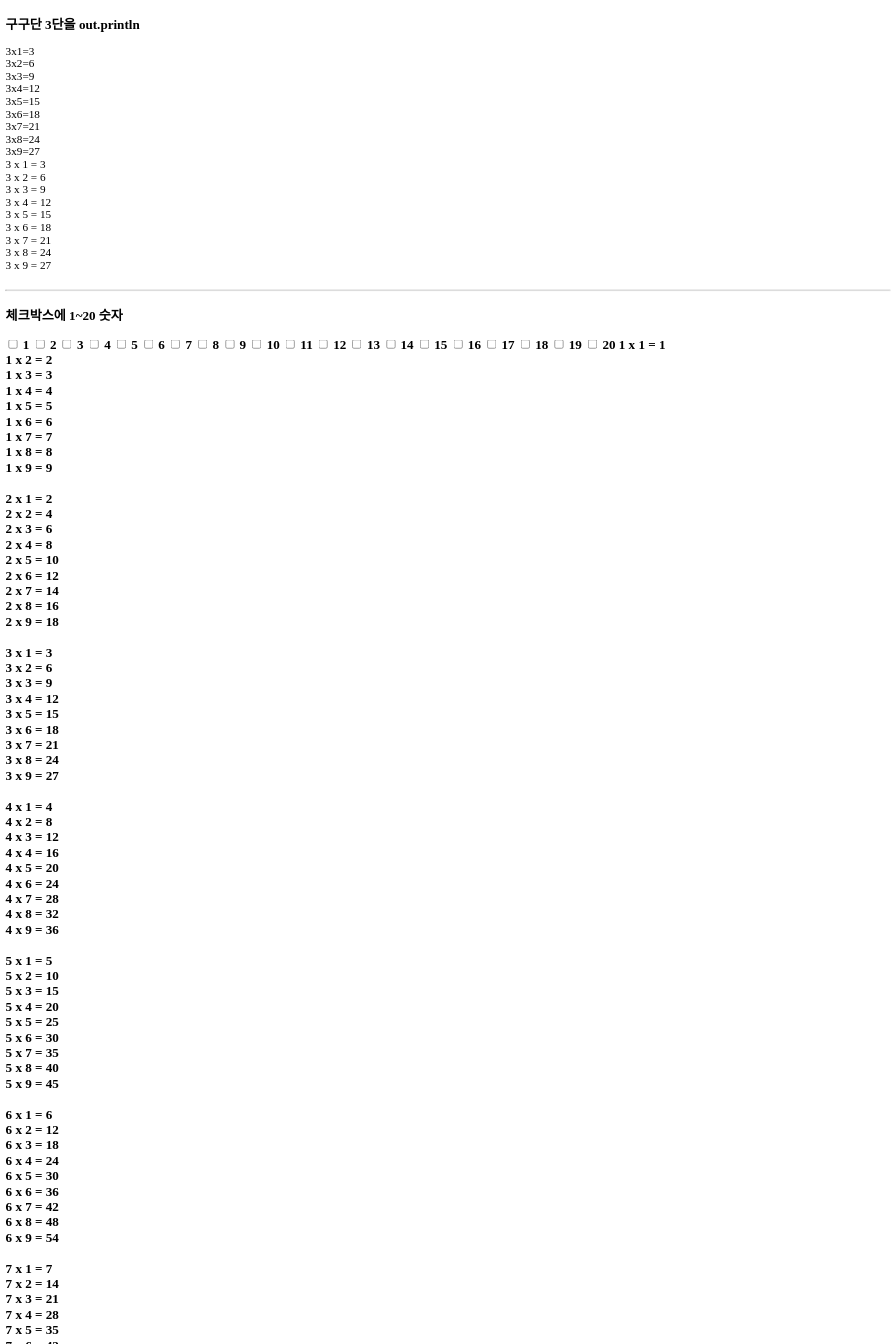
Repository: hyejux/jsp
Page: http://localhost/JSPBasic/jspTag/script02.jsp
The author's editor kept a copy of each file at every save. The page is drawn from the files as they stood at one save, then again after the next save.
The browser window is 1280 px wide. The pictures show the part of the page from y = 0 to 1920 px (the page is 4284 px tall before and 2485 px after), at 70% of full size.
The page is served by Tomcat 10. Other server files are loaded and not shown.

Above is the page before, as saved 2024-06-25 02:18:59.

### JSPBasic/src/main/webapp/jspTag/script02.jsp
<%@ page language="java" contentType="text/html; charset=UTF-8"
    pageEncoding="UTF-8"%>
<!DOCTYPE html>
<html>
<head>
<meta charset="UTF-8">
<title>Insert title here</title>
</head>
<body>


	<h3> 구구단 3단을 out.println </h3>

	<%
		for (int i = 1; i<=9; i++){
			out.println(3 + "x" + i + "=" + i*3 + "<br>");
		}
	%>


		<% for (int i = 1; i<=9; i++){ %>
			3  x <%= i  %> = <%= i*3 %> <br>
		<% } %>


	<br><hr>

	<h3> 체크박스에 1~20 숫자 <h3>

	<% for (int i = 1; i<=20; i++) { %>
	<input type="checkbox"> <%= i %>
	 <% } %>

	 <% for (int i = 1; i<=9; i++) { %>
	 <% for (int j = 1; j<=9; j++) { %>
	<%= i %> x <%= j %> = <%= i*j %><br>
	 <% } %>
	 <br>
	 <% } %>

	<% int count  = 0; %>
	 <% for (int i = 1; i<=9; i++) { %>
	 <% for (int j = 1; j<=9; j++) { %>
	<%= i %> x <%= j %> = <%= i*j %><br>
	 <%  } count++;%>
	 <% if (count == 3) {%>
	  <br>
	 <% } } %>


</body>
</html>

After the next save:
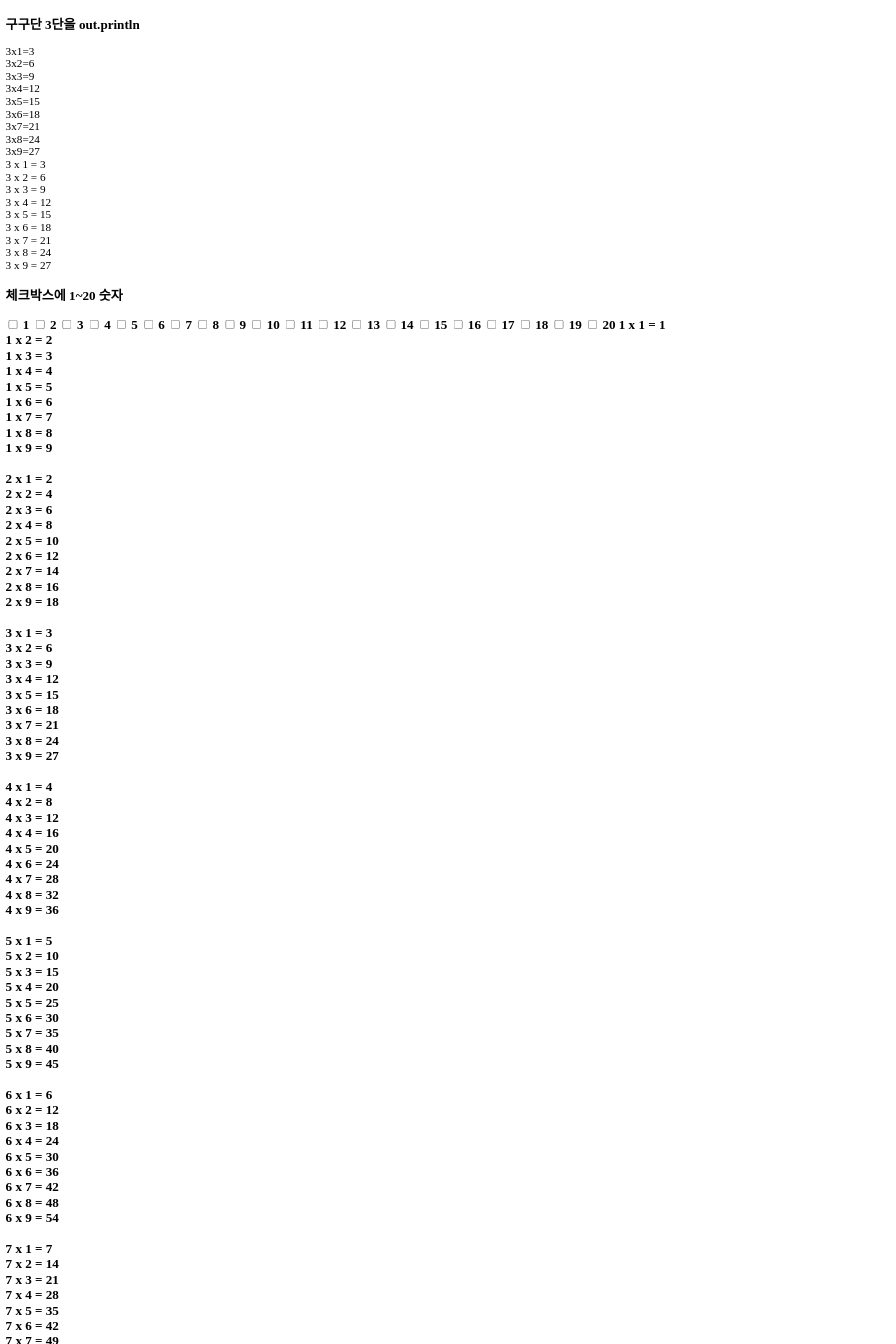
Saved 13 s later.
--- a/JSPBasic/src/main/webapp/jspTag/script02.jsp
+++ b/JSPBasic/src/main/webapp/jspTag/script02.jsp
@@ -23,7 +23,7 @@
 		<% } %>
 
 
-	<br><hr>
+
 
 	<h3> 체크박스에 1~20 숫자 <h3>
 
@@ -38,15 +38,7 @@
 	 <br>
 	 <% } %>
 
-	<% int count  = 0; %>
-	 <% for (int i = 1; i<=9; i++) { %>
-	 <% for (int j = 1; j<=9; j++) { %>
-	<%= i %> x <%= j %> = <%= i*j %><br>
-	 <%  } count++;%>
-	 <% if (count == 3) {%>
-	  <br>
-	 <% } } %>
-
+	<br><hr>
 
 </body>
 </html>
